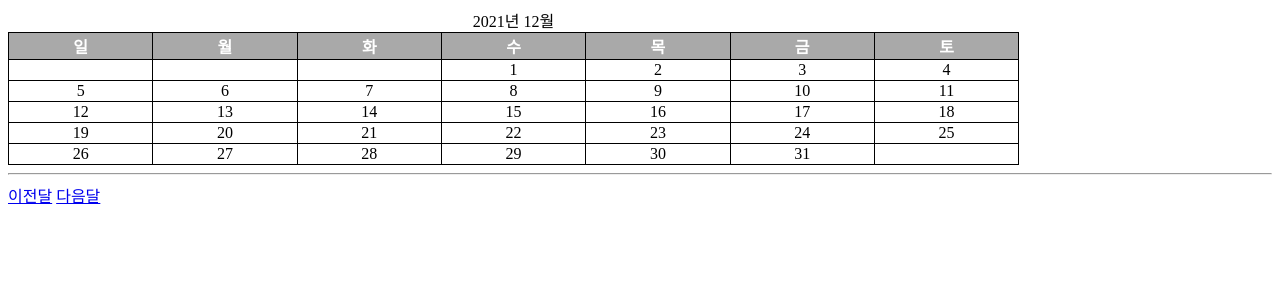
Repository: Jin0207/jsp
Page: http://localhost/day1210/calendarTest.jsp
These files come from the project's save history. The page is drawn as it stood at one moment and after the next save; the edit follows.
The browser window is 1280 px wide. The pictures show the whole page.
The page is served by Tomcat 9.

Above is the page before, as saved 2021-12-10 07:14:29.

After the next save:
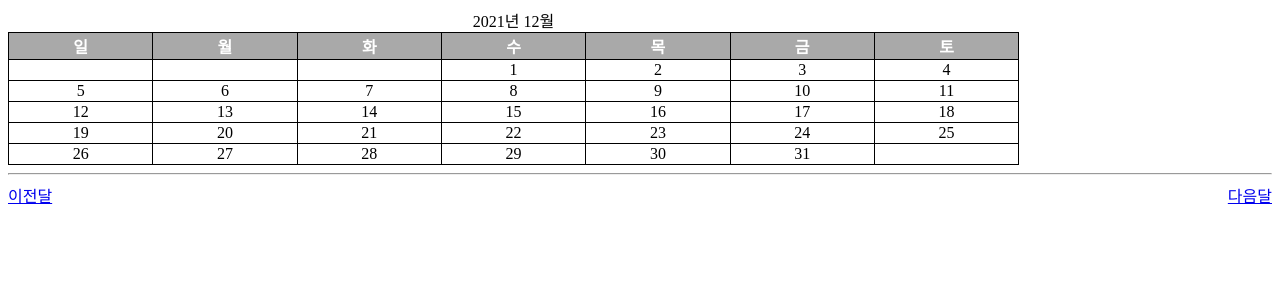
Saved 17 s later.
--- a/day1210/src/main/webapp/calendarTest.jsp
+++ b/day1210/src/main/webapp/calendarTest.jsp
@@ -19,6 +19,10 @@
 	.title{
 		background: darkgray;
 		color:white;
+	}
+	.btn{
+		display: flex;
+		justify-content: space-between;
 	}
 </style>
 </head>

After the save that followed:
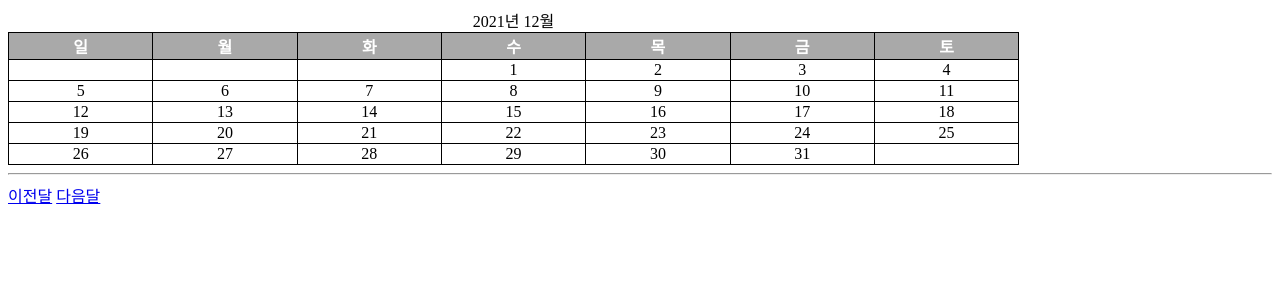
Saved 12 s later.
--- a/day1210/src/main/webapp/calendarTest.jsp
+++ b/day1210/src/main/webapp/calendarTest.jsp
@@ -21,6 +21,7 @@
 		color:white;
 	}
 	.btn{
+		width: 80%
 		display: flex;
 		justify-content: space-between;
 	}
